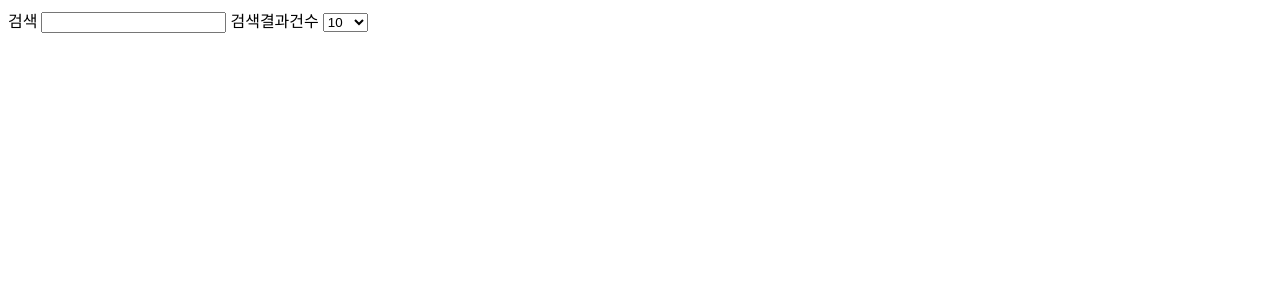
Repository: jeehui/JSPStudy
Page: http://localhost/OPENAPI_PRAC/search/search.jsp
An editor plug-in stored every save of this project. The page is shown before and after the next save, followed by the edit.
The browser window is 1280 px wide. The pictures show the whole page.
The page is served by Tomcat 9. Other server files are loaded and not shown.

Above is the page before, as saved 2022-05-03 05:41:16.

### OPENAPI_PRAC/src/main/webapp/search/search.jsp
<%@ page language="java" contentType="text/html; charset=UTF-8"
    pageEncoding="UTF-8"%>
<!DOCTYPE html>
<html>
<head>
<meta charset="UTF-8">
<title>Insert title here</title>
</head>
<body>
	<form id="formSearch">
		<label for="query">
			검색
			<input type="text" name="query" id="query">
		</label>
		<label for="display">
			검색결과건수
			<select name="display" id="display">
				<option value="10" selected>10</option>
				<option value="20" >20</option>
				<option value="40" >40</option>
				<option value="60" >60</option>
				<option value="80" >80</option>
				<option value="100" >100</option>

			</select>
		</label>
	</form>
</body>
</html>

After the next save:
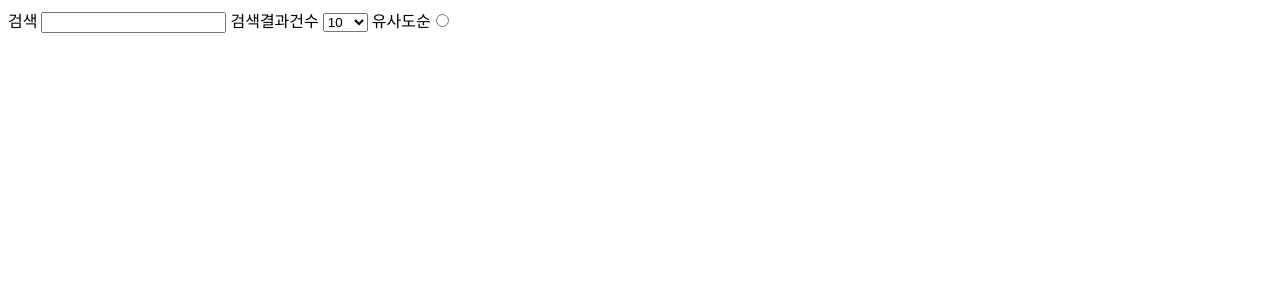
Saved 46 s later.
--- a/OPENAPI_PRAC/src/main/webapp/search/search.jsp
+++ b/OPENAPI_PRAC/src/main/webapp/search/search.jsp
@@ -21,9 +21,9 @@
 				<option value="60" >60</option>
 				<option value="80" >80</option>
 				<option value="100" >100</option>
-
 			</select>
 		</label>
+		<label for="sim">유사도순<input type="radio" name="sort" value="sim"></label>
 	</form>
 </body>
 </html>
